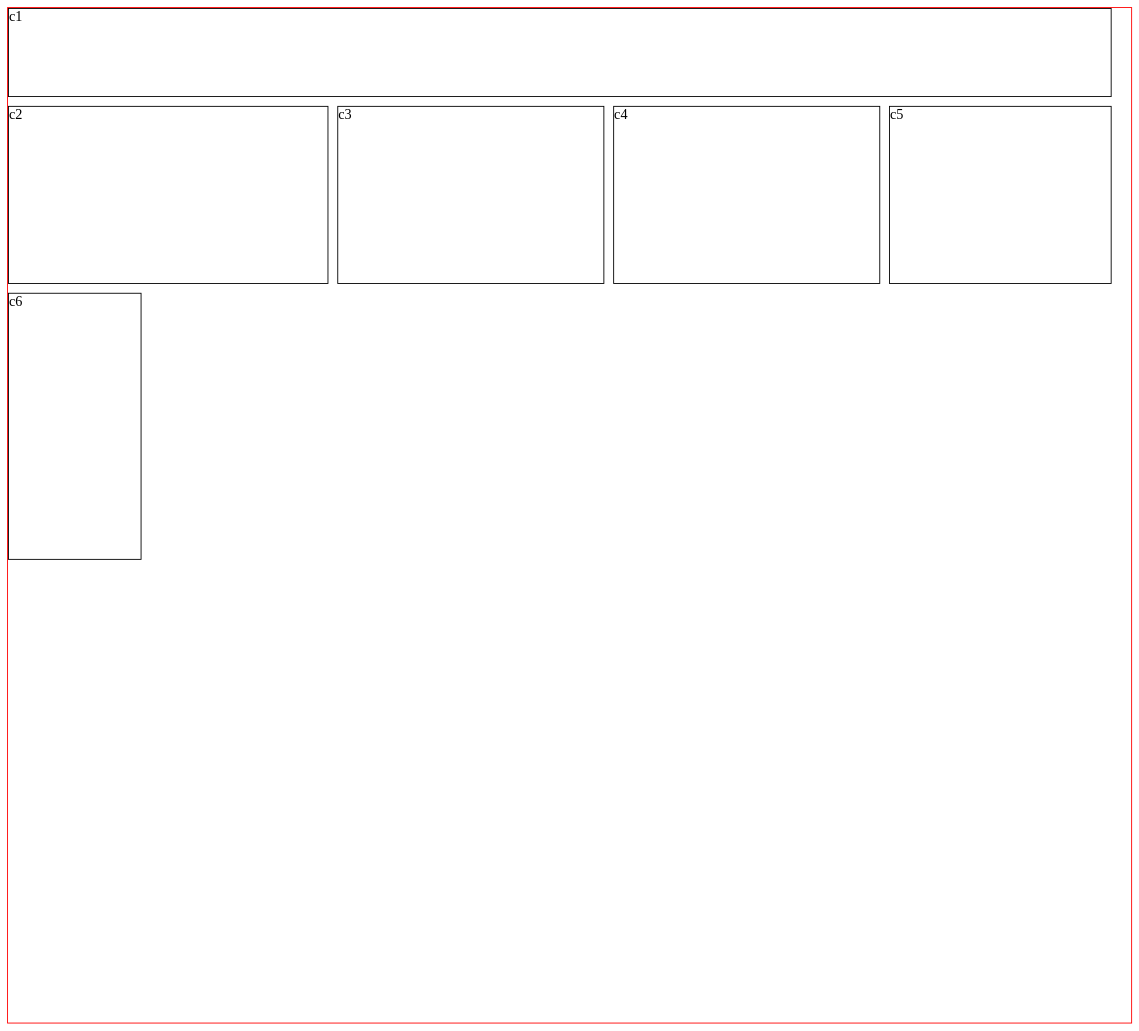
Repository: Hassanshaid/AptechPakwheels
Page: grid.html
An editor plug-in stored every save of this project. The page is shown before and after a run of saves, followed by the edit.
The browser window is 1280 px wide. The pictures show the whole page, at 89% of full size.

Above is the page before, as saved 2024-05-18 21:37:49.

After the next 2 saves:
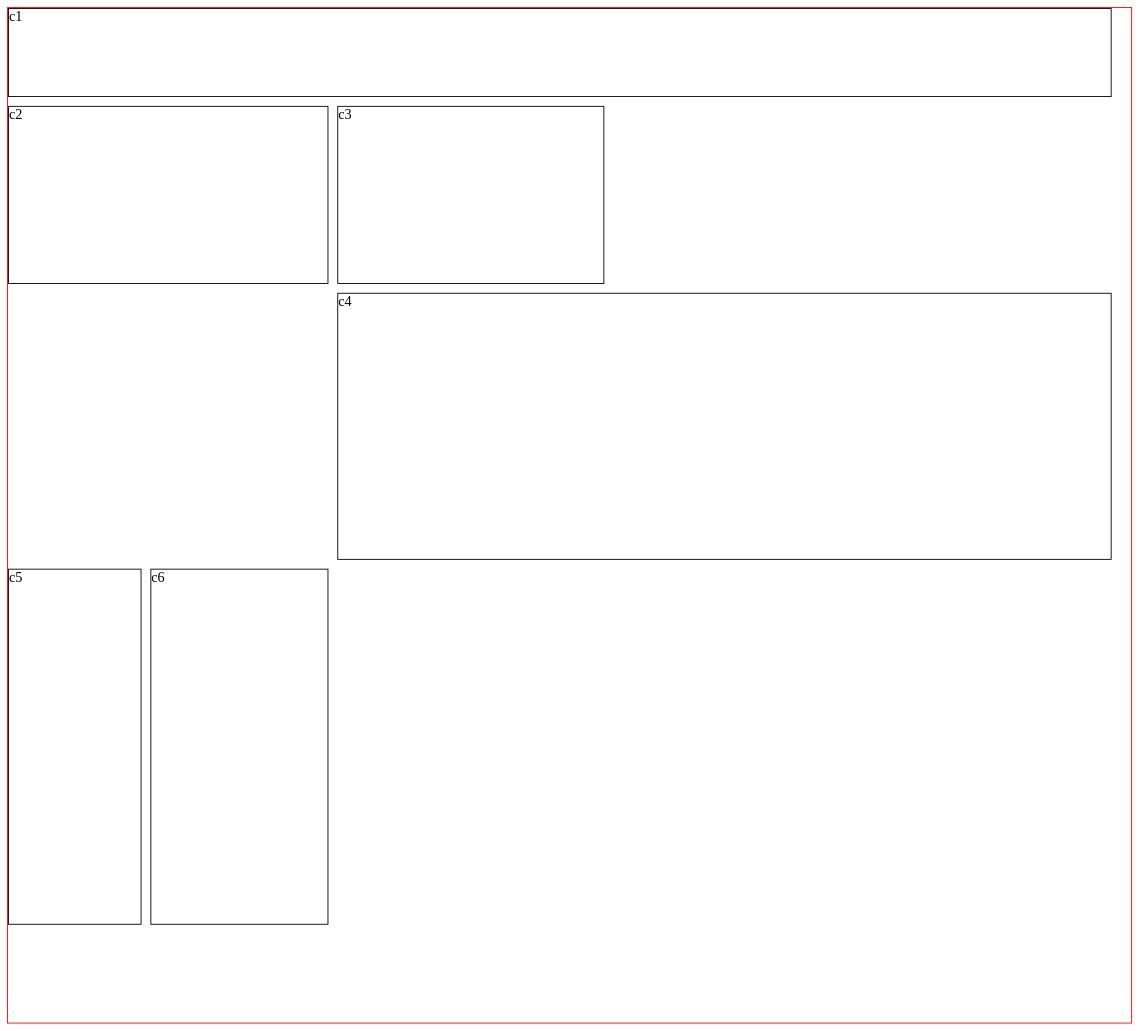
The 2 saves are shown as one change because they came seconds apart.
The last was saved 16 s later.
--- a/grid.css
+++ b/grid.css
@@ -15,5 +15,5 @@
     grid-column: 1/3;
 }
 .c4{
-    grid-column: ;
+    grid-column: 3/6;
 }
